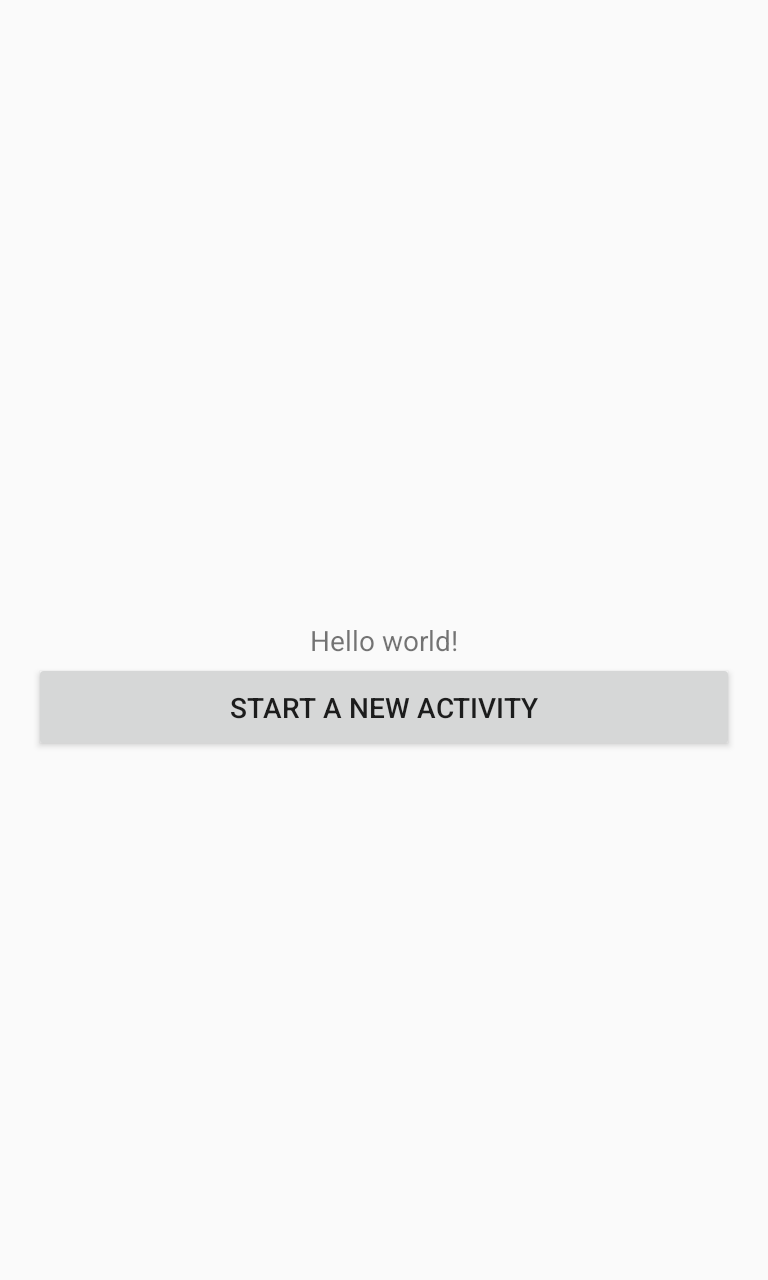
Repository: tgratkiewicz/AndroidProjektEclipse
Layout: Przelaczniki2/res/layout/activity_main.xml
The author's editor kept a copy of each file at every save. The layout is drawn from the files as they stood at one save, then again after the next save.
It is drawn on a 768 x 1280 px phone screen (xhdpi) without system bars, with theme AppTheme; the app's code is not run.

Above is the layout before, as saved 2014-10-23 17:45:39.

### Przelaczniki2/res/layout/activity_main.xml
<RelativeLayout xmlns:android="http://schemas.android.com/apk/res/android"
    xmlns:tools="http://schemas.android.com/tools"
    android:layout_width="match_parent"
    android:layout_height="match_parent"
    android:paddingBottom="@dimen/activity_vertical_margin"
    android:paddingLeft="@dimen/activity_horizontal_margin"
    android:paddingRight="@dimen/activity_horizontal_margin"
    android:paddingTop="@dimen/activity_vertical_margin"
    tools:context="com.example.przelaczniki.MainActivity" >

    <TextView
 android:id="@+id/textView"
 android:layout_width="wrap_content"
 android:layout_height="wrap_content"
 android:layout_centerHorizontal="true"
 android:layout_centerVertical="true"
 android:text="@string/hello_world" />

<Button
 android:id="@+id/buttonStartActivity"
 android:layout_width="fill_parent"
 android:layout_height="wrap_content"
 android:layout_below="@+id/textView"
 android:text="Start a New Activity"
 android:onClick="newActivityOnClik"/>

</RelativeLayout>

### Przelaczniki2/res/values/strings.xml
<?xml version="1.0" encoding="utf-8"?>
<resources>

    <string name="app_name">Przelaczniki</string>
    <string name="hello_world">Hello world!</string>
    <string name="action_settings">Settings</string>

</resources>

Loaded but not shown: Przelaczniki2/res/values/styles.xml (common file); Przelaczniki2/res/values-v11/styles.xml (common file); Przelaczniki2/res/values-v14/styles.xml (common file); Przelaczniki2/res/values/dimens.xml (common file); Przelaczniki2/res/values-w820dp/dimens.xml (common file)

After the next save:
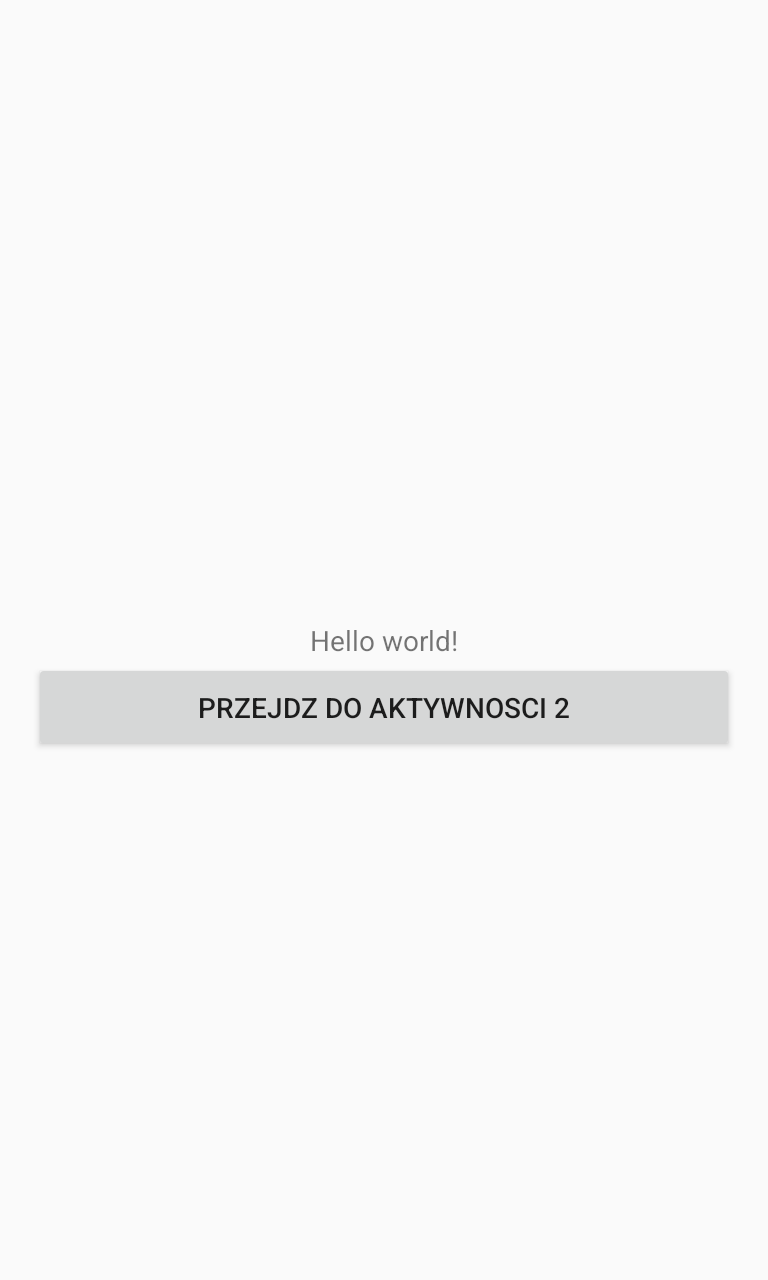
Saved 22 s later.
--- a/Przelaczniki2/res/layout/activity_main.xml
+++ b/Przelaczniki2/res/layout/activity_main.xml
@@ -21,7 +21,7 @@
  android:layout_width="fill_parent"
  android:layout_height="wrap_content"
  android:layout_below="@+id/textView"
- android:text="Start a New Activity"
+ android:text="Przejdz do aktywnosci 2"
  android:onClick="newActivityOnClik"/>
 
 </RelativeLayout>
